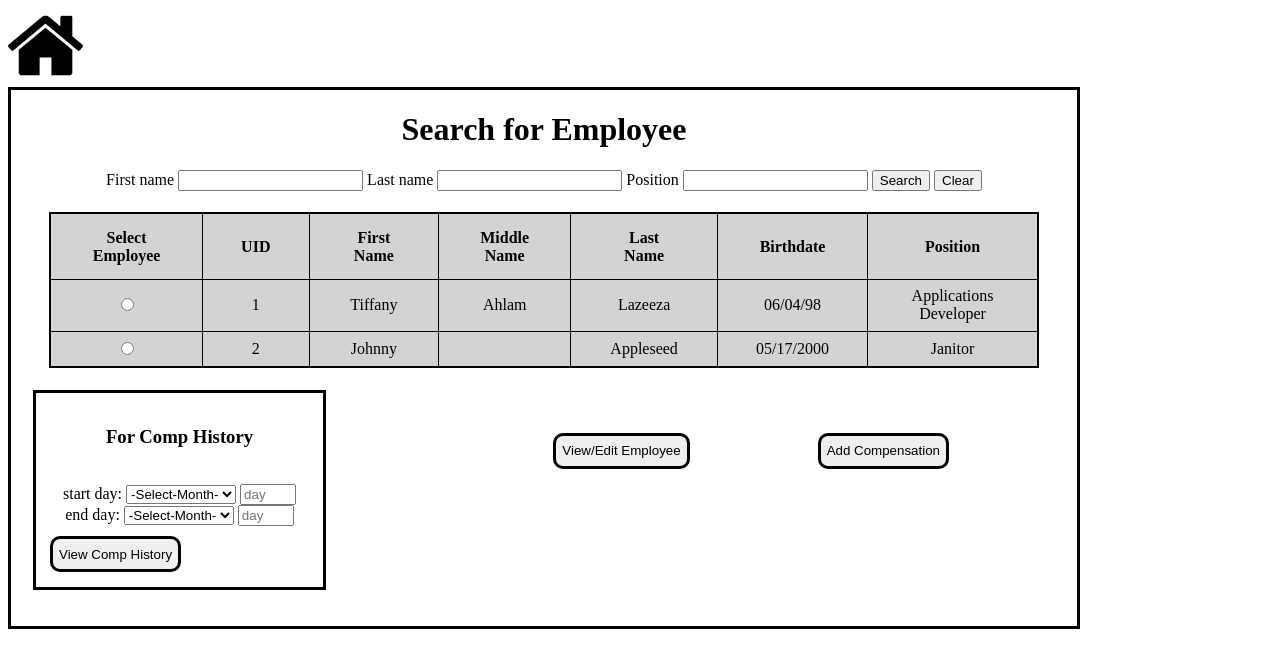
Repository: ticross18/SpringBootEmployeeSystem
Page: EmploymentSystem/src/main/resources/static/searchEmp.html
These files come from the project's save history. The page is drawn as it stood at one moment and after the next save; the edit follows.
The browser window is 1280 px wide. The pictures show the whole page.

Above is the page before, as saved 2022-05-17 18:18:14.

### EmploymentSystem/src/main/resources/static/searchEmp.html
<!DOCTYPE html>
<html>
<head>
	<title>Search for Employee</title>
	<meta charset="UTF-8">
	<meta name="viewport" content="width=device-width, initial-scale=1.0">
	<link href="css/screens.css" rel="stylesheet" type="text/css">
</head>
<body>

<a href="/"><img src="images/homeIcon2.png" id="homeButton" alt="home button"></a>

<div id="SearchEmpBox" >
	<h1 id="title">Search for Employee</h1>

	<form>
		<label for="fname">First name </label>
		<input type="text" id="fname" name="fname">
		<label for="lname">Last name  </label>
		<input type="text" id="lname" name="lname">
		<label for="position">Position</label>
		<input type="text" id="position" name="position">
		<button type="button" name ="search">Search</button>
		<button type="clear" name ="clear">Clear</button>
	</form>

	<table border=1  rules=rows id="results" >
		<tr>
			<th>Select Employee</th>
			<th>UID</th>
			<th>First Name</th>
			<th>Middle Name</th>
			<th>Last Name</th>
			<th>Birthdate</th>
			<th>Position</th>
		</tr>
		 <tr class="entries">
			<td><input type="radio" name="edit" class="editEmp"/></td>
			<td>1</td>
			<td>Tiffany</td>
			<td>Ahlam</td>
			<td>Lazeeza</td>
			<td>06/04/98</td>
			<td>Applications Developer</td>
		</tr>
		 <tr class="entries">
			<td><input type="radio" name="edit" class="editEmp"/></td>
			<td>2</td>
			<td>Johnny</td>
			<td></td>
			<td>Appleseed</td>
			<td>05/17/2000</td>
			<td>Janitor</td>
		</tr>

	</table>

     <button type="button" class="optionButtons" onclick="location.href = '#';" style="float:right; margin-top:6vh;" id="addEmp" > Add Compensation </button>

     <button type="button" class="optionButtons" onclick="location.href = '#';" style="float:right; margin-top:6vh;" id="viewEditEmp"> View/Edit Employee </button>

	<div id="dateRange">
		<h3>For Comp History</h3><br>

		<label >start day:</label>
		    <select class='monthDropDown'>
			    <option selected value=''>-Select-Month-</option>
			    <option value='1'>January</option>
			    <option value='2'>February</option>
			    <option value='3'>March</option>
			    <option value='4'>April</option>
			    <option value='5'>May</option>
			    <option value='6'>June</option>
			    <option value='7'>July</option>
			    <option value='8'>August</option>
			    <option value='9'>September</option>
			    <option value='10'>October</option>
			    <option value='11'>November</option>
			    <option value='12'>December</option>
		    </select>
		    <input type="number"min="1" max="31" placeholder="day"/>

		    <br>

		<label>end day:</label>
		<select class='monthDropDown'>
		    <option selected value=''>-Select-Month-</option>
		    <option value='1'>January</option>
		    <option value='2'>February</option>
		    <option value='3'>March</option>
		    <option value='4'>April</option>
		    <option value='5'>May</option>
		    <option value='6'>June</option>
		    <option value='7'>July</option>
		    <option value='8'>August</option>
		    <option value='9'>September</option>
		    <option value='10'>October</option>
		    <option value='11'>November</option>
		    <option value='12'>December</option>
	    </select>
	    <input type="number"min="1" max="31" placeholder="day"/>
	     <br><button type="button" class="optionButtons" onclick="location.href = '#';" id="compHistory" > View Comp History </button>

	</div>


</div>
</body>
</html>

### EmploymentSystem/src/main/resources/static/css/screens.css
.container {
   display: flex;

}

#homeButton{
	width:75px;
	height:75px;
	position: relative;
}

.asterisk{
	color: red;
}

#addEmpBox {
	padding-left: 40vw;
	border: 3px solid rgb(0, 0, 0);
	padding-bottom: 15px;
}

#addEmpBox input {
	margin-bottom: 15px;
	padding: 2px;
}

#SearchEmpBox {
	border: 3px solid rgb(0, 0, 0);
	padding-bottom: 15px;
	margin-right: 15vw;
	text-align: center;
}

#userInput {
	display:inline-table;
}

#results {
	border: 2px solid black;
	margin: 10px;
	background-color: lightgrey;
	border-collapse: collapse;
	margin:  3vh 3vw;
}

#results th {
	padding: 2vh 3vw;
	border-left: 1px solid #000;
    border-right: 1px solid #000;
}

#results td {
	padding: 1vh 3vw ;
	border-left: 1px solid #000;
    border-right: 1px solid #000;

}

#finalEdit{
	text-align: left;
	position: left;
}

button.optionButtons {
	border-radius: 10px;
	margin-top: 10px;
	margin-right: 10vw;
	height: 5vh;
	border: 3px solid rgb(0, 0, 0);
}

button.optionButtons:active {
  box-shadow: 0 5px #666;
  transform: translateY(4px);
}

button.optionButtons:hover {
  background-color: rgb(255, 255, 128);
  cursor: pointer;
}

#dateRange {
	border: 3px solid rgb(0, 0, 0);
	width:fit-content;
	margin: 3vh;
	padding: 2vh;
}



.monthDropDown {
	width:110px;
}


tr.entries:hover {
  background-color: white;
  cursor: pointer;
}

After the next save:
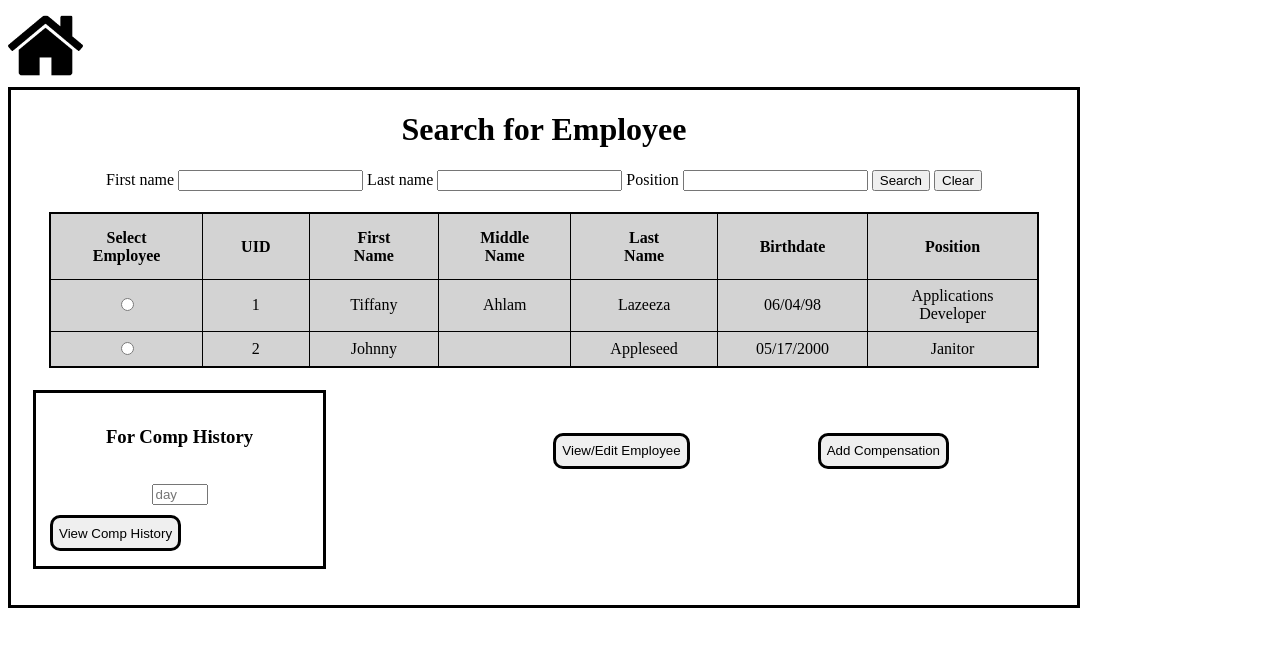
Saved 42 s later.
--- a/EmploymentSystem/src/main/resources/static/searchEmp.html
+++ b/EmploymentSystem/src/main/resources/static/searchEmp.html
@@ -62,7 +62,8 @@
 	<div id="dateRange">
 		<h3>For Comp History</h3><br>
 
-		<label >start day:</label>
+  <!-- mistake I made
+  		<label >start day:</label>
 		    <select class='monthDropDown'>
 			    <option selected value=''>-Select-Month-</option>
 			    <option value='1'>January</option>
@@ -97,7 +98,7 @@
 		    <option value='10'>October</option>
 		    <option value='11'>November</option>
 		    <option value='12'>December</option>
-	    </select>
+	    </select>  -->
 	    <input type="number"min="1" max="31" placeholder="day"/>
 	     <br><button type="button" class="optionButtons" onclick="location.href = '#';" id="compHistory" > View Comp History </button>
 
